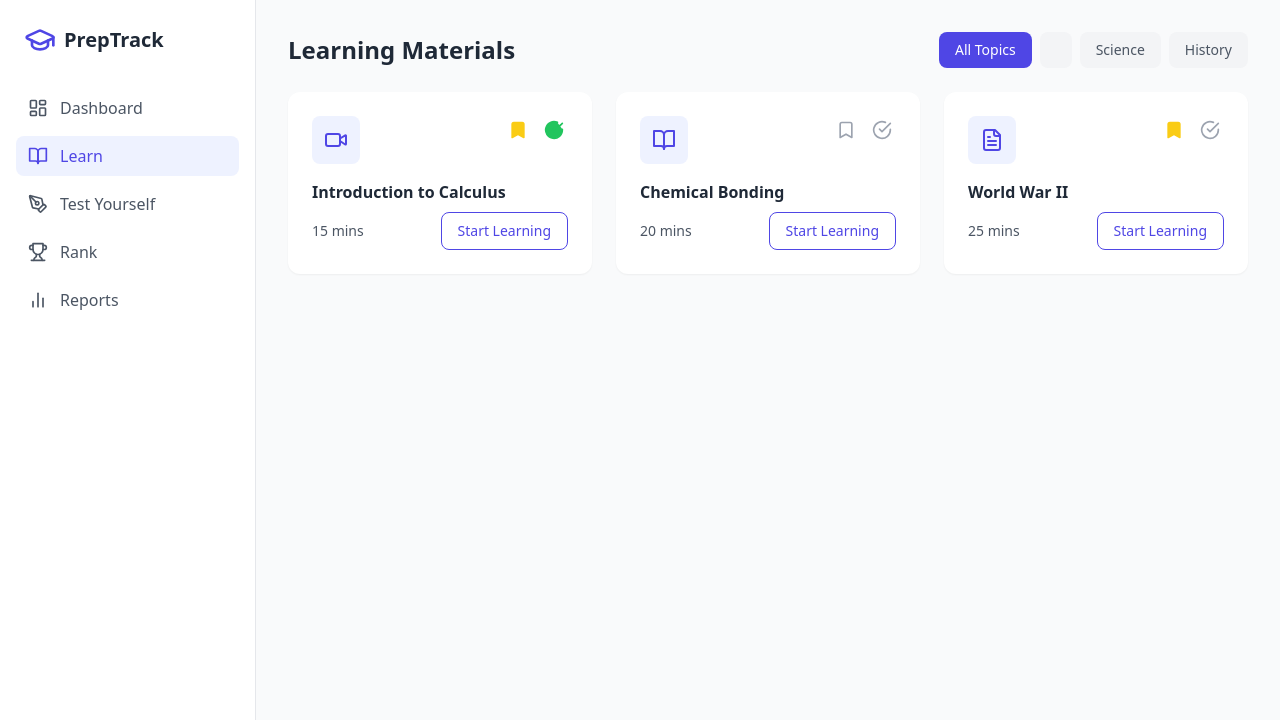
Repository: Krishna3451/preptracker
Page: /learn
The author's editor kept a copy of each file at every save. The page is drawn from the files as they stood at one save, then again after the next save.
The browser window is 1280 px wide. The pictures show the whole page.
The project was rebuilt for these pictures with package versions that can differ from the ones it lists, and the page was loaded fresh each time. Also part of the build but not shown: vite.config.ts, src/pages/Dashboard.tsx, src/pages/TestYourself.tsx, src/pages/Rank.tsx, src/pages/Reports.tsx, src/pages/Landing.tsx.

Above is the page before, as saved 2025-02-14 12:23:58.

After the next save:
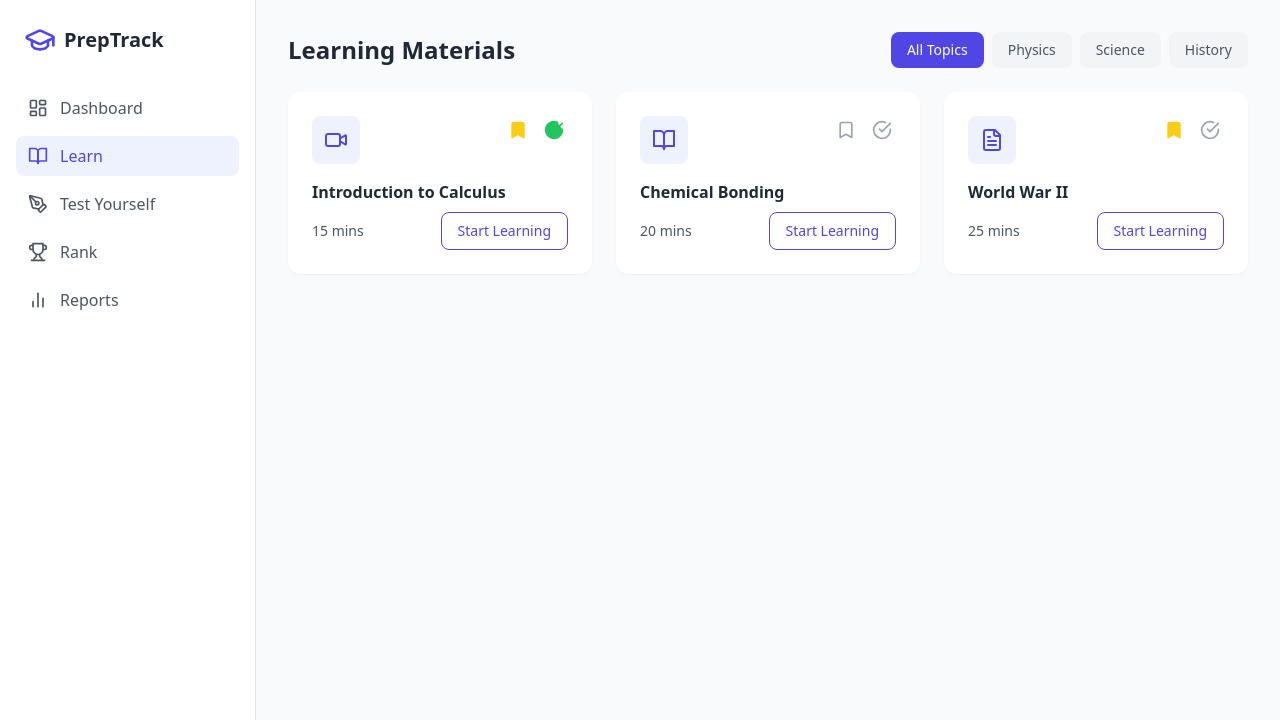
Saved 4 s later.
--- a/src/pages/Learn.tsx
+++ b/src/pages/Learn.tsx
@@ -6,7 +6,7 @@ const Learn = () => {
 
   const categories = [
     { id: 'all', label: 'All Topics' },
-    { id: 'Physics', label: '' },
+    { id: 'Physics', label: 'Physics' },
     { id: 'Chemistry', label: 'Science' },
     { id: 'Biology', label: 'History' },
   ];
